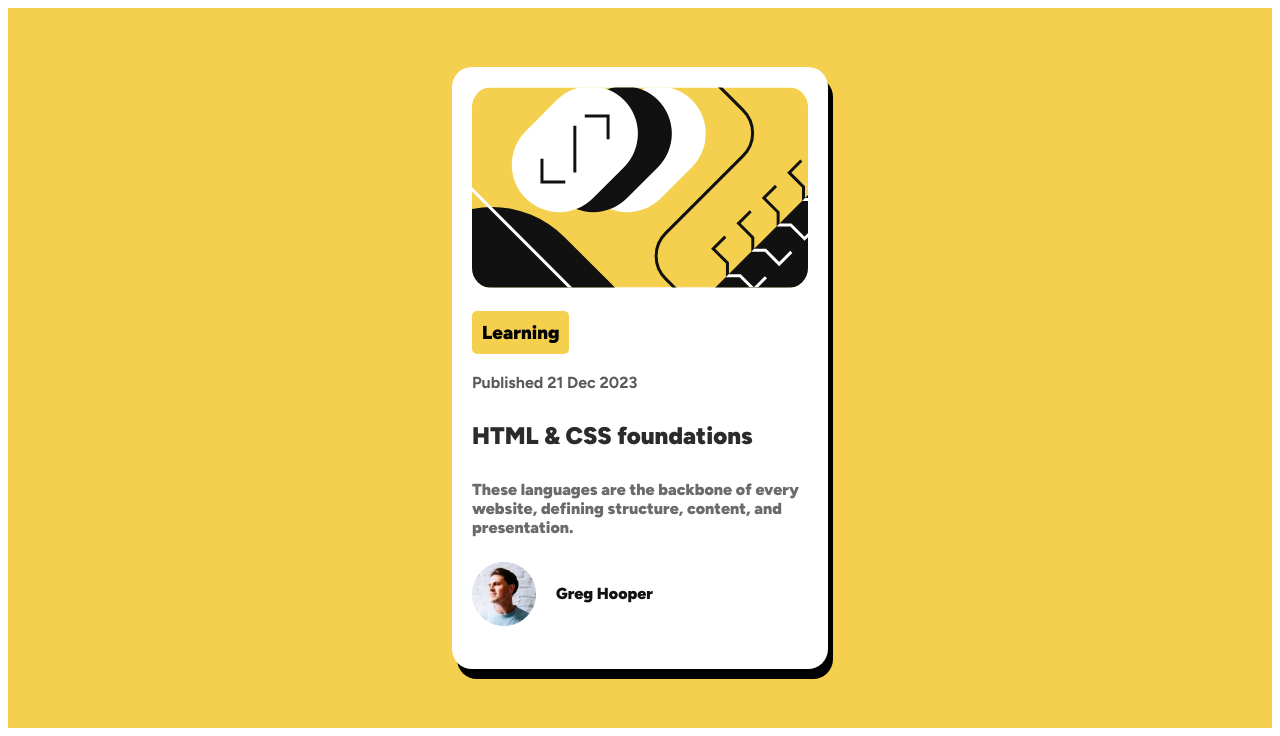
Repository: reemoon-ctrl/blog-preview-card
Page: index.html
The author's editor kept a copy of each file at every save. The page is drawn from the files as they stood at one save, then again after the next save.
The browser window is 1280 px wide. The pictures show the whole page.

Above is the page before, as saved 2024-07-19 15:15:43.

After the next save:
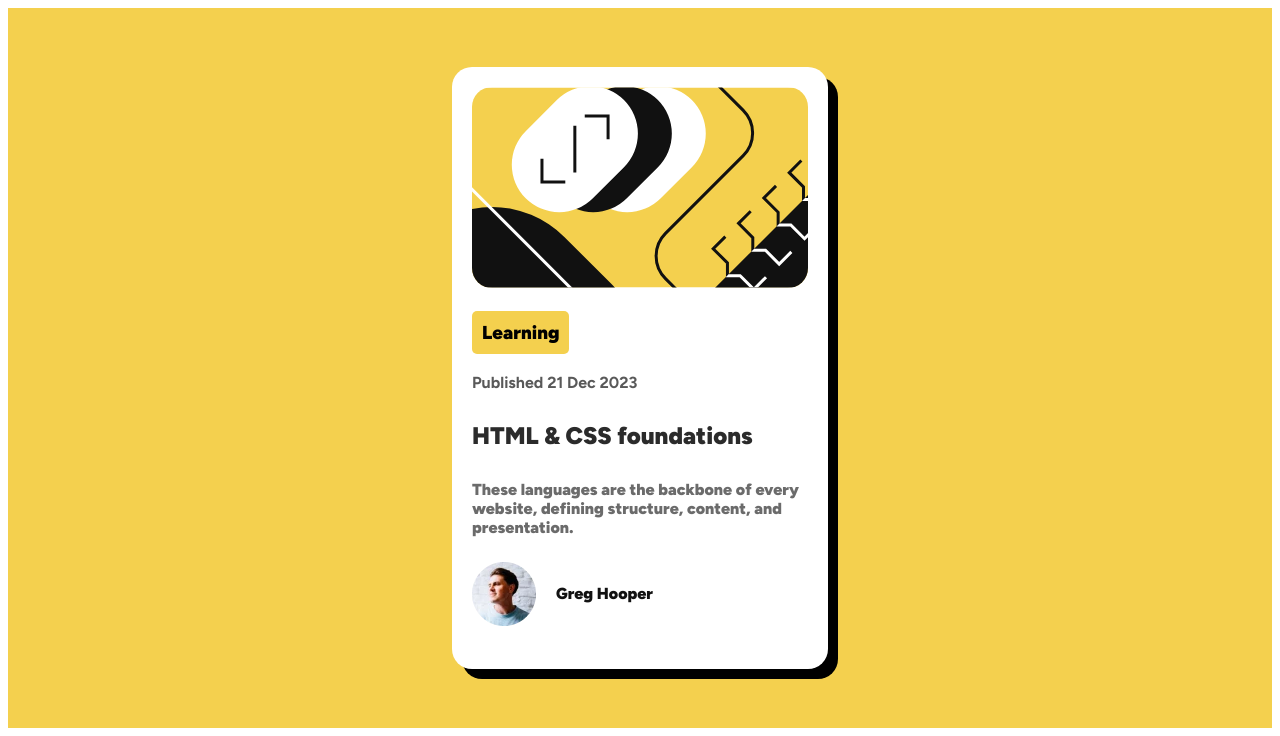
Saved 10 s later.
--- a/index.css
+++ b/index.css
@@ -13,7 +13,7 @@
     padding: 20px 20px 20px 20px;
     border-radius: 20px;
     flex-basis: 350px;
-    box-shadow:5px 10px;
+    box-shadow:10px 10px;
 }
 
 .blog-img{
